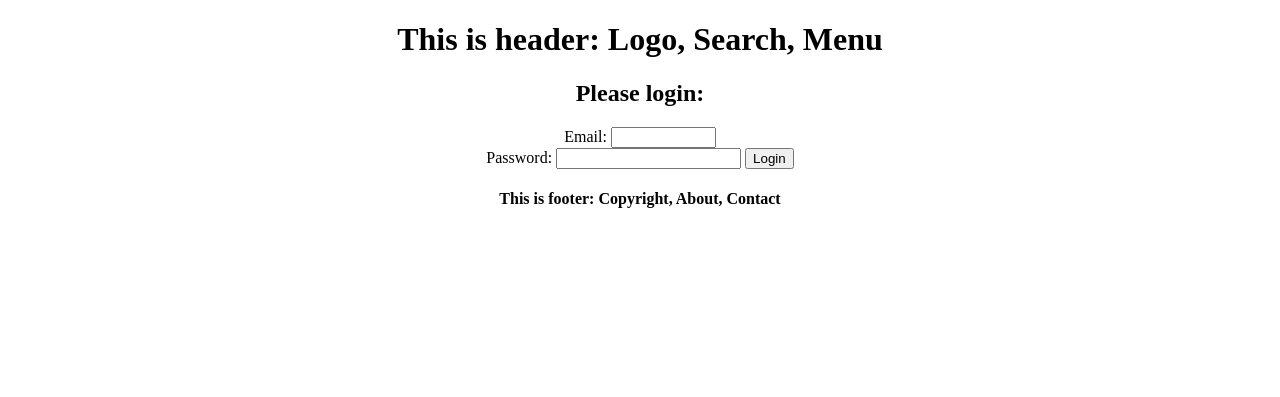
Repository: janvi2502/BookStore
Page: http://localhost/BookStoreWebsite/frontend/login.jsp
These files come from the project's save history. The page is drawn as it stood at one moment and after the next save; the edit follows.
The browser window is 1280 px wide. The pictures show the whole page.
The page is served by Tomcat 10. Other server files are loaded and not shown.

Above is the page before, as saved 2023-10-18 14:22:34.

### BookStoreWebsite/WebContent/frontend/login.jsp
<%@ page language="java" contentType="text/html; charset=UTF-8"
    pageEncoding="UTF-8"%>
<!DOCTYPE html>
<html>
<head>
<meta charset="UTF-8">
<title>Login Page</title>
</head>
<body>
	<jsp:directive.include file="header.jsp" />

	<div align="center">
		<h2>Please login:</h2>
		<form action="">
			Email: <input type="text" size="10"><br/>
			Password: <input type="password">
			<input type="submit" value="Login">
		</form>
	</div>

		<jsp:directive.include file="footer.jsp" />
</body>
</html>

### BookStoreWebsite/WebContent/frontend/header.jsp
<div align="center">
		<h1>This is header: Logo, Search, Menu</h1>
</div>

### BookStoreWebsite/WebContent/frontend/footer.jsp
<div align="center">
		<h4>This is footer: Copyright, About, Contact</h4>
</div>

After the next save:
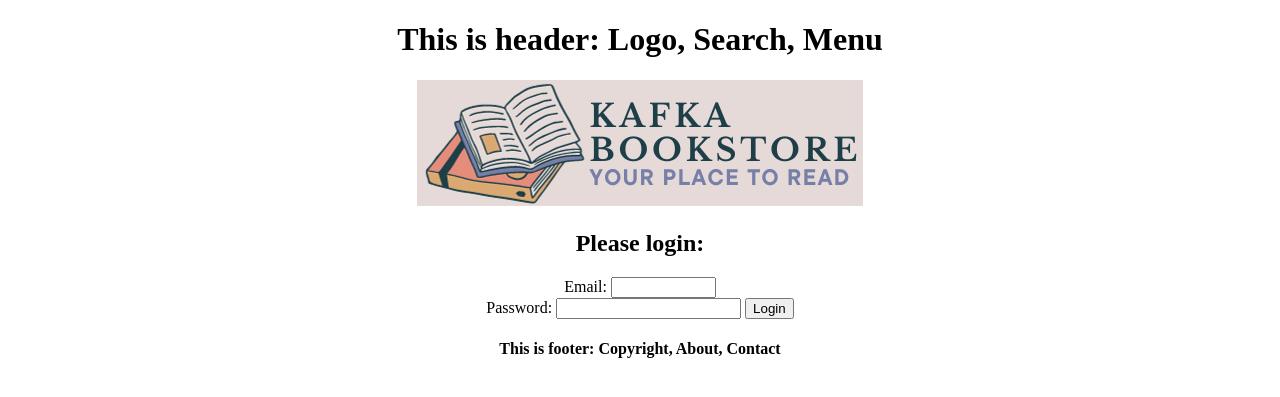
Saved 3 h 50 min later.
--- a/BookStoreWebsite/WebContent/frontend/header.jsp
+++ b/BookStoreWebsite/WebContent/frontend/header.jsp
@@ -1,3 +1,4 @@
 <div align="center">
 		<h1>This is header: Logo, Search, Menu</h1>
+		<img src="images/kafka.png">
 </div>
